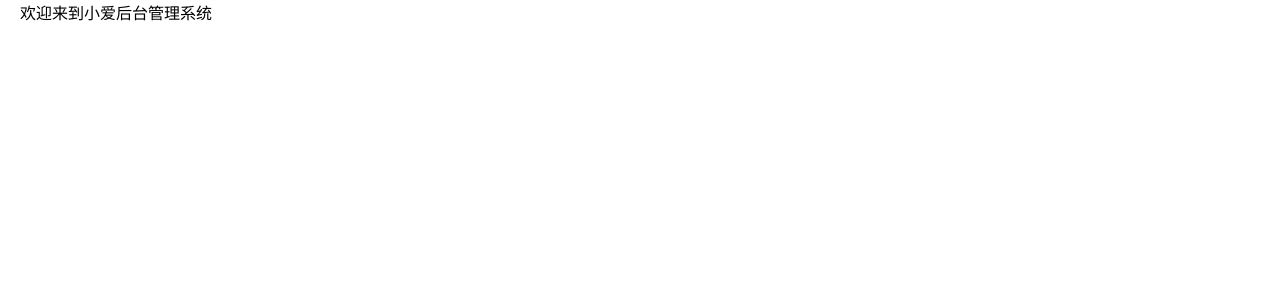
Repository: ZHANG-0714/backstage
Page: /home
The author's editor kept a copy of each file at every save. The page is drawn from the files as they stood at one save, then again after the next save.
The browser window is 1280 px wide. The pictures show the whole page.
The project was rebuilt for these pictures with package versions that can differ from the ones it lists, and the page was loaded fresh each time. Also part of the build but not shown: vue.config.js, src/views/Home.vue.

Above is the page before, as saved 2020-08-31 16:09:11.

### public/index.html
<!DOCTYPE html>
<html lang="en">

<head>
  <meta charset="utf-8">
  <meta http-equiv="X-UA-Compatible" content="IE=edge">
  <meta name="viewport" content="width=device-width,initial-scale=1.0">
  <link rel="icon" href="<%= BASE_URL %>favicon.ico">
  <title><%= htmlWebpackPlugin.options.title %></title>
</head>

<body>
  <noscript>
    <strong>We're sorry but <%= htmlWebpackPlugin.options.title %> doesn't work properly without JavaScript enabled.
      Please enable it to continue.</strong>
  </noscript>
  <div id="app"></div>
  <!-- built files will be auto injected -->

  <!--[if lte IE 9]>
    <div style='position:absolute; top: 50%; left:50%; margin-top: -50px;margin-left: -400px; align-items: center;justify-content: center;'>
      <div style='width: 800px; height: 100px;text-align: center'>
        <h1>
        您的浏览器版本过低 请下载最新的谷歌浏览器
      </h1>
      <div style='text-align: center;width: 800px'>
        <a href='http://rj.baidu.com/soft/detail/14744.html?ald'>下载谷歌浏览器点此链接</a>
      </div>
      </div>
    </div>
  <![endif]-->
</body>

</html>

### src/App.vue
<template>
  <div id="app">
    <router-view />
  </div>
</template>

<style lang="scss">
@import "../style/Css";
@import '../style/Situation'
</style>

### src/router/index.js
import Vue from 'vue'
import VueRouter from 'vue-router'
import Home from '../views/Home.vue'
import Public from '../views/Public.vue'

Vue.use(VueRouter)

const routes = [
  {
    path: '/home',
    redirect: '/'
  },
  {
    path: '/',
    component: Public,
    children: [
      {
        path: '',
        name: 'Home',
        component: Home,  //首页
        meta: {
          title: "首页"
        }
      },
    ]
  }
]

const router = new VueRouter({
  mode: 'history',
  base: process.env.BASE_URL,
  routes
})

export default router

### src/store/index.js
import Vue from 'vue'
import Vuex from 'vuex'
import user from './user/user'

Vue.use(Vuex)

export default new Vuex.Store({
  state: {
  },
  mutations: {
  },
  actions: {
  },
  modules: {
    user
  }
})

### style/Css.css
* {
	margin: 0;
	padding: 0;
}

.flex {
	display: flex;
}

.justify-content {
	justify-content: center;
}

.align-items {
	align-items: center;
}

.space-around {
	justify-content: space-around;
}

.space-between {
	justify-content: space-between;
}

.flex-direction {
	flex-direction: column;
}

.flex-end {
	align-items: flex-end;
}

.text-overflow {
	overflow: hidden;
	text-overflow: ellipsis;
	display: -webkit-box;
	-webkit-line-clamp: 1;
	-webkit-box-orient: vertical;
}

.opacity {
	opacity: 0.9;
}

.filter {
	filter: blur(30px);
	z-index: -1;
}

.flex-wrap {
	flex-wrap: wrap;
}

.position {
	position: fixed;
}

### style/Situation.scss
.el-card--header--img--doos {
    .el-card__header {
        border-bottom: 1px solid #535353;
    }
    .el-form-item__label{
        padding: 0;
    }
}

### src/views/Public.vue
<template>
  <!-- 公共 -->
  <div>
    <headTop></headTop>
  </div>
</template>

<script>
import headTop from "../components/public/headTop";
export default {
  name: "",
  props: {},
  components: {
    headTop,
  },
  data() {
    return {};
  },
  methods: {},
  mounted() {},
  watch: {},
  computed: {},
};
</script>

<style scoped lang='scss'>
</style>

### src/store/user/user.js
import api from '../../http/api'
import router from '../../router'
import { Message } from 'element-ui'

export default {
    // 开启命名空间 这个文件就是单独的一个vuex的模块
    namespaced: true,
    state: {
        menus: []
    },
    mutations: {
        seMenus(state, data) {
            state.menus = data
        }
    },
    actions: {
        //所有的请求都写在actions里面
        // actions 里面的方法可以传两个参数，第一个参数是整个store(vuex对象) 第二个参数是请求的参数
        async getMenus({ commit }) {
            let res = await api.getMenus()
            if (res.meta.status === 200) {
                // 提交mutation
                commit('setMenus', res.data)
            }
        },
        //登录
        async login({ commit }, { username, password }) {
            let res = await api.login({
                username,
                password
            })
            console.log(commit);
            console.log(res);
            if (res.meta.status === 200) {
                // 存储信息
                localStorage.setItem('adminToken', res.data.toke)
                localStorage.setItem('adminUser', JSON.stringify(res.data))
                // 跳转路由
                router.push('/')
                // 提示用户
                Message.success('登录成功')
            }
        }
    },
}

### src/components/public/headTop.vue
<template>
  <!-- 头部组件 -->
  <div class="top">
    <div>欢迎来到小爱后台管理系统</div>
  </div>
</template>

<script>
export default {
  name: "",
  props: {},
  components: {},
  data() {
    return {};
  },
  methods: {},
  mounted() {},
  watch: {},
  computed: {},
};
</script>

<style scoped lang='scss'>
.top {
  height: 60px;
  padding: 0 20px;
}
</style>

### src/http/api.js
import service from './index'

export default {
    login({ username, password }) {
        return service.post('/login', {
            username,
            password
        })
    }
}

### src/http/index.js
import axios from 'axios'
import nprogress from 'nprogress'
import { Message } from 'element-ui'

//运行环境：本地环境:devlpment 和线上（生产）环境：production
const ispro = process.env.NODE_ENV === 'production'

//创建一个axios的实例
const service = axios.create({
    //基础路径:需要根据当前的运行环境来判断
    baseURL: ispro ? '线上接口路径' : '/api',
    //超时时间
    timeout: 100000
})

// 请求拦截：每一次发请求都会做的事
service.interceptors.request.use((config) => {
    nprogress.start()
    //前后端鉴权
    //jwt：JSON WEB TOKEN
    //登录成功后 后端会返回一个令牌
    let token = localStorage.getItem('abminToken')
    if (token) {
        config.headers['Authorization'] = token
    }
    return config
}, err => {
    nprogress.done()
    return Promise.reject(err)
})

//响应拦截：每一次接口返回数据的时候都会做的事
service.interceptors.response.use((res) => {
    nprogress.done()
    return res.data
}, err => {
    if (err.response && err.response.status) {
        // 错误请求的状态码
        let status = err.response.status
        if (status === 400) {
            Message.error('参数错误')
        }
        if (status === 401) {
            Message.error('登录过期，请重新登录')
        }
        if (status === 403) {
            Message.error('没有权限')
        }
        if (status === 404) {
            Message.error('接口路径错误')
        }
        if (status === 500) {
            Message.error('服务器出错')
        }
        if (status === 503) {
            Message.error('服务器在维护')
        }
    }
    return Promise.reject(err)
}
)

export default service

Loaded but not shown: src/main.js (common file)

After the next save:
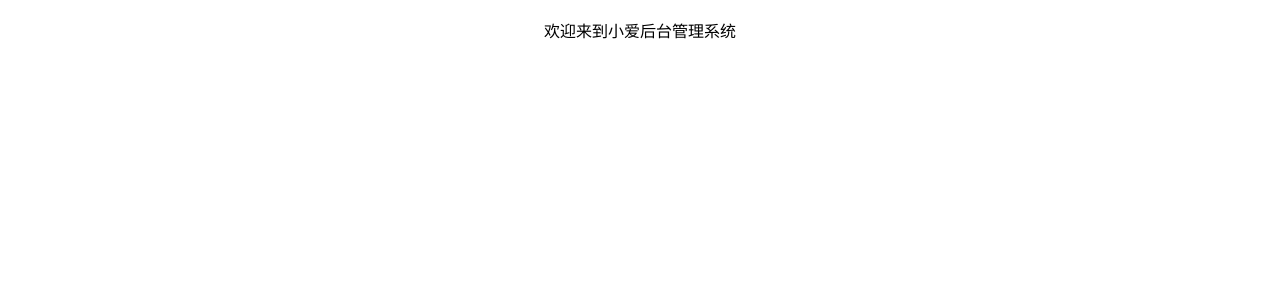
Saved 40 s later.
--- a/src/components/public/headTop.vue
+++ b/src/components/public/headTop.vue
@@ -1,6 +1,6 @@
 <template>
   <!-- 头部组件 -->
-  <div class="top">
+  <div class="top flex justify-content align-items">
     <div>欢迎来到小爱后台管理系统</div>
   </div>
 </template>
